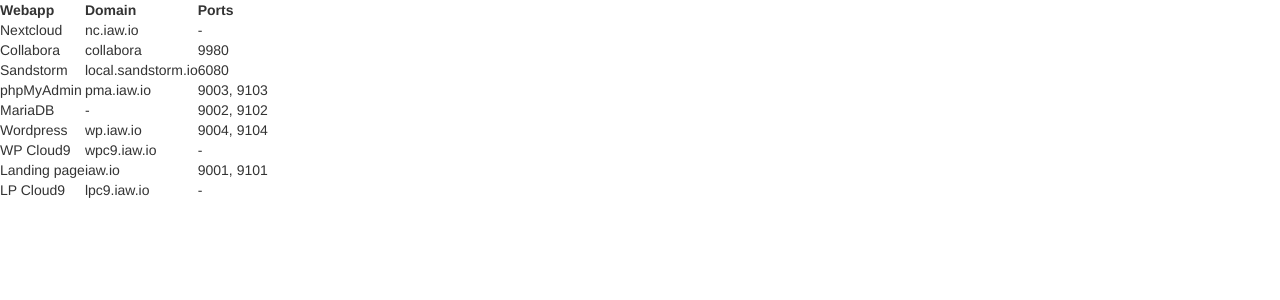
Repository: orboan-docker/iaw-local
Page: landing/list.html
The author's editor kept a record of every edit. The page is drawn from the files as they stood at one moment, then again after the next edit.
The browser window is 1280 px wide. The pictures show the whole page.

Above is the page before.

After the next edit:
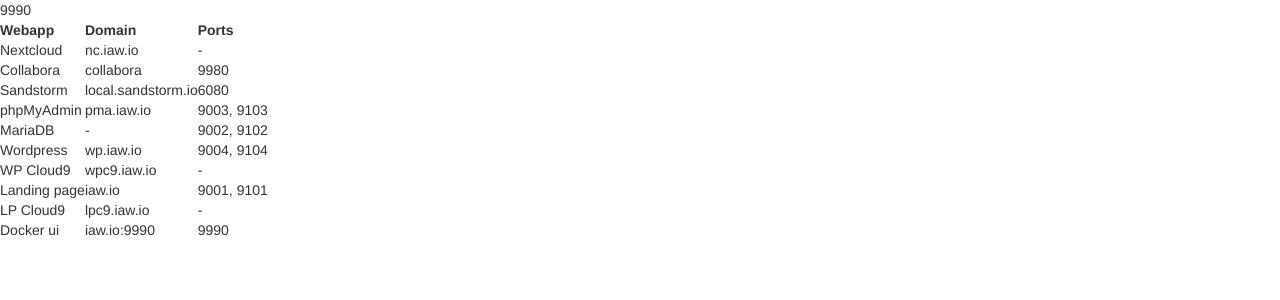
The edit:
--- a/landing/list.html
+++ b/landing/list.html
@@ -66,6 +66,12 @@
             <td>lpc9.iaw.io</td>
             <td>-</td>
         </tr>
+        9990
+        <tr>
+            <td>Docker ui</td>
+            <td>iaw.io:9990</td>
+            <td>9990</td>
+        </tr>
     </table>
 </body>
 </html>
